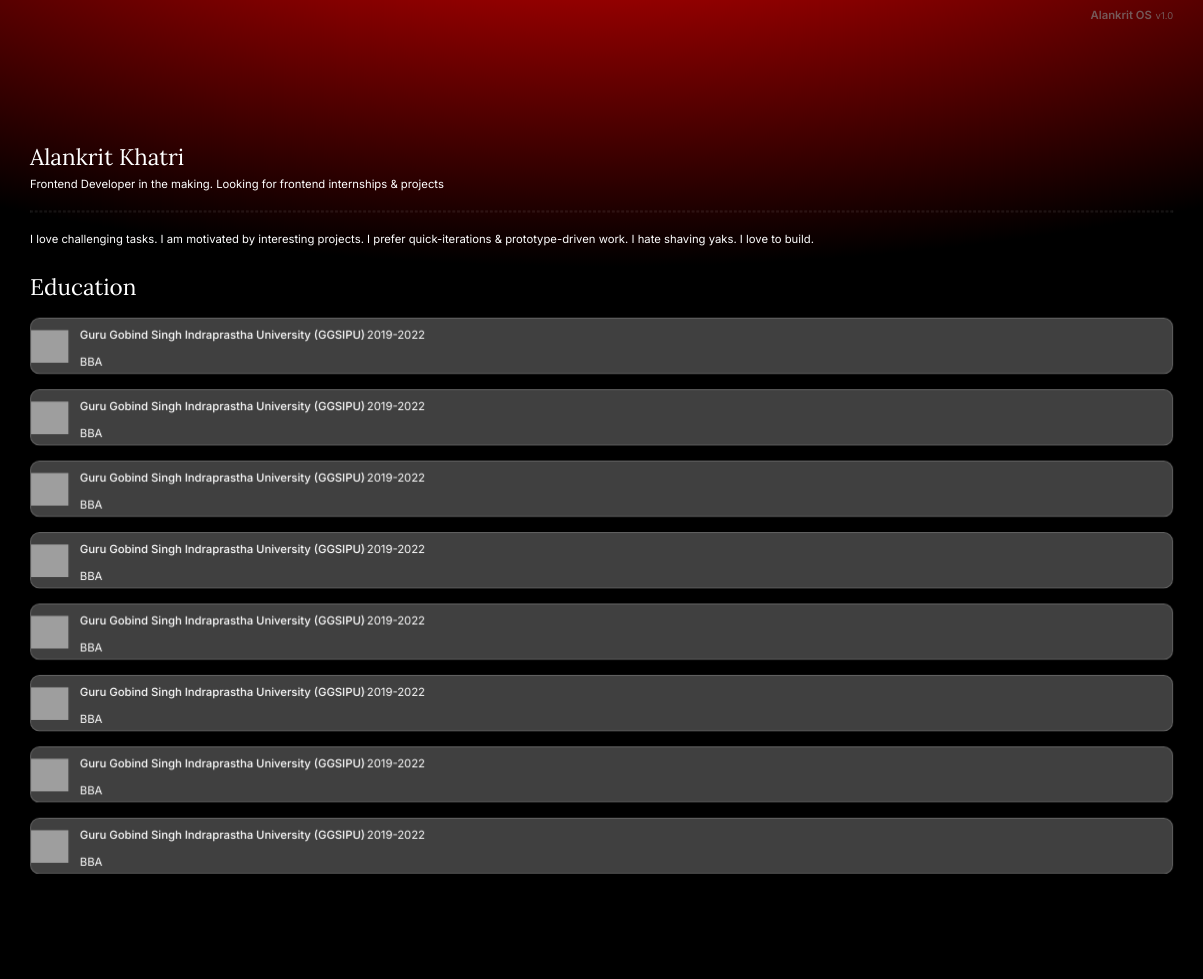
Repository: alankritkhatri/alankrit.xyz
Page: /
The author's editor kept a copy of each file at every save. The page is drawn from the files as they stood at one save, then again after a run of saves.
The browser window is 1280 px wide. The pictures show the whole page, at 94% of full size.
Pictures or frames that could not be fetched are drawn as grey boxes. The project was rebuilt for these pictures with package versions that can differ from the ones it lists, and the page was loaded fresh each time. Also part of the build but not shown: vite.config.js, src/blog.jsx.

Above is the page before, as saved 2024-08-11 21:04:20.

After the next 4 saves:
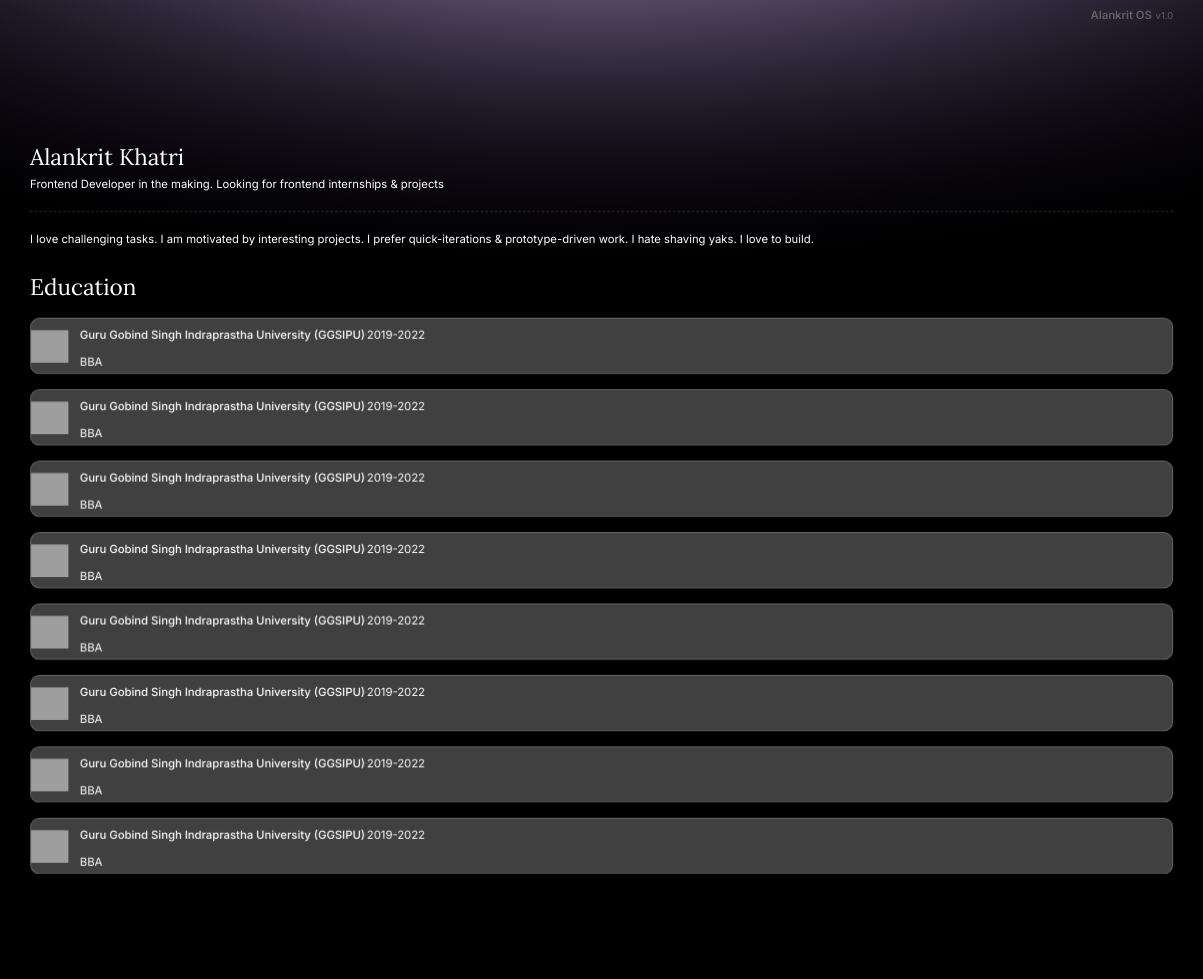
The 4 saves are shown as one change because they came seconds apart.
The last was saved 11 s later.
--- a/src/App.css
+++ b/src/App.css
@@ -7,7 +7,7 @@
 
 body,html{
   min-height: 100vh;
-background: radial-gradient(100% 50% at 50% -20%, #f30000, #000000);
+background: radial-gradient(100% 50% at 50% -20%, #6f09ff1f, #000000);
 
 }
 .main {
